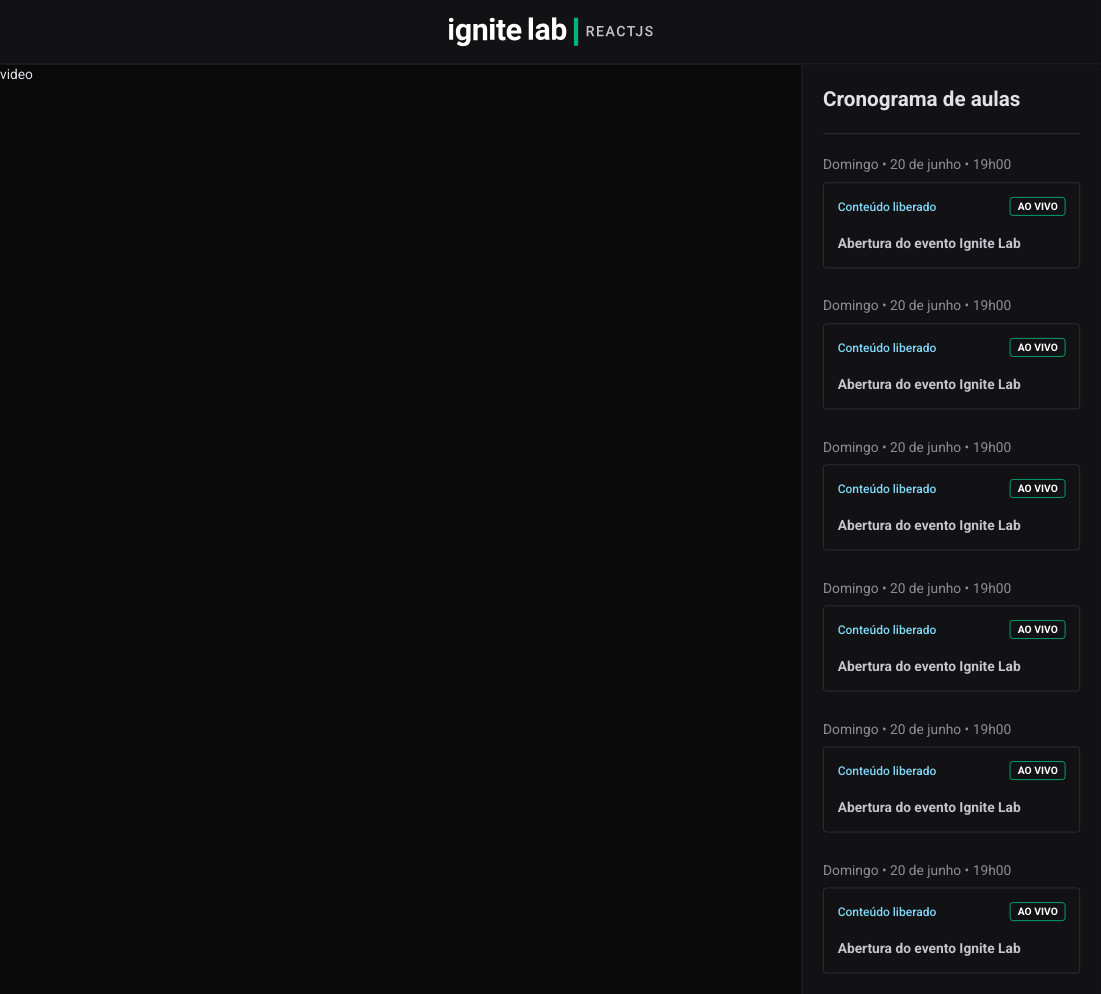
Repository: andynadvorny/event-platform
Page: /
An editor plug-in stored every save of this project. The page is shown before and after the next save, followed by the edit.
The browser window is 1280 px wide. The pictures show the whole page, at 86% of full size.
The project was rebuilt for these pictures with package versions that can differ from the ones it lists, and the page was loaded fresh each time. Also part of the build but not shown: vite.config.ts.

Above is the page before, as saved 2022-06-23 14:39:56.

### src/App.tsx
import { Event } from './pages/Event'

function App() {
  return (
    <Event />
  )
}

export default App

### src/lib/apollo.ts
import { ApolloClient, InMemoryCache } from "@apollo/client";

export const client = new ApolloClient({
  uri: 'https://api-sa-east-1.graphcms.com/v2/cl4q028zp2n6q01xs9d4d26wj/master',
  cache: new InMemoryCache()
});

### src/pages/Event.tsx
import { Header } from '../components/Header'
import { Sidebar } from '../components/Sidebar'
import { Video } from '../components/Video'

export function Event() {
  return (
    <div className="flex flex-col min-h-screen">
      <Header />
      <main className="flex flex-1">
        <Video />
        <Sidebar />
      </main>
    </div>
  )
}

### src/components/Sidebar.tsx
import { Lesson } from "./Lesson";

export function Sidebar() {
  return (
    <aside className="w-[348px] bg-gray-700 p-6 border-l border-gray-600">
      <span className="font-bold text-2xl pb-6 mb-6 border-b border-gray-500 block">
        Cronograma de aulas
      </span>
      <div className="flex flex-col gap-8">
        <Lesson />
        <Lesson />
        <Lesson />
        <Lesson />
        <Lesson />
        <Lesson />
      </div>
    </aside>
  )
}

### src/components/Video.tsx
export function Video() {
  return (
    <div className="flex-1">
      video
    </div>
  )
}

### src/components/Logo.tsx
export function Logo() {
  return (
    <svg
      xmlns="http://www.w3.org/2000/svg"
      width="237"
      height="34"
      fill="none"
      viewBox="0 0 237 34"
    >
      <path
        fill="#fff"
        d="M.002 3.112a2.49 2.49 0 01.165-.987c.12-.314.304-.595.535-.83A2.906 2.906 0 012.615.572c.698 0 1.374.257 1.912.723.23.24.412.524.536.837a2.701 2.701 0 010 1.979 2.568 2.568 0 01-.536.837 2.889 2.889 0 01-1.907.723 2.901 2.901 0 01-1.908-.723 2.458 2.458 0 01-.538-.84 2.645 2.645 0 01-.172-.996zm4.96 23.146H.273V7.862h4.689v18.397zM8.012 16.973c0-2.853.686-5.145 2.055-6.883a6.653 6.653 0 015.528-2.606 5.869 5.869 0 014.802 2.09l.2-1.751h4.538v17.95a7.891 7.891 0 01-1.12 4.246 7.243 7.243 0 01-3.147 2.752 11.155 11.155 0 01-4.742.94c-1.378 0-2.74-.279-4.008-.812a7.08 7.08 0 01-2.946-2.11l2.208-3.02a5.905 5.905 0 004.543 2.08 4.356 4.356 0 003.104-1.059 3.938 3.938 0 001.103-2.993v-.994a5.775 5.775 0 01-4.555 1.935 6.647 6.647 0 01-3.05-.652 6.615 6.615 0 01-2.408-1.967c-1.397-1.752-2.085-4.089-2.085-6.942v-.21h-.025l.005.006zm4.997.355a6.723 6.723 0 001.026 3.956 3.233 3.233 0 002.799 1.443c.651.045 1.3-.088 1.878-.39a3.52 3.52 0 001.396-1.305v-7.825a3.448 3.448 0 00-1.374-1.305 3.504 3.504 0 00-1.86-.39 3.28 3.28 0 00-1.61.365 3.22 3.22 0 00-1.219 1.103c-.688.975-1.036 2.418-1.036 4.348zM33.098 7.833l.158 2.196a6.527 6.527 0 012.371-1.927 6.38 6.38 0 012.971-.62c1.97 0 3.438.597 4.39 1.79.953 1.194 1.456 2.936 1.486 5.293v12.249h-4.962V14.683a3.367 3.367 0 00-.684-2.344 3.086 3.086 0 00-1.069-.598 3.008 3.008 0 00-1.211-.13 3.349 3.349 0 00-1.821.454c-.553.32-1.01.794-1.313 1.367v13.37H28.45V7.845l4.647-.012zM47.512 3.112a2.304 2.304 0 01.185-.988 2.42 2.42 0 01.59-.831A3.439 3.439 0 0150.404.57c.772 0 1.52.256 2.117.723.508.486.792 1.142.792 1.826 0 .683-.284 1.34-.792 1.826a3.417 3.417 0 01-2.11.723c-.77 0-1.517-.257-2.11-.723a2.47 2.47 0 01-.594-.839 2.342 2.342 0 01-.19-.994h-.005zm5.483 23.149h-5.18V7.86h5.18v18.4zM62.454 3.334v4.612h3.107v3.677h-3.107v9.382c-.05.53.091 1.063.395 1.495a1.824 1.824 0 001.473.45c.476.002.95-.035 1.421-.114v3.803a9.672 9.672 0 01-2.939.449c-3.398 0-5.128-1.775-5.19-5.32V11.644h-2.642V7.968h2.643V3.356h4.841v-.025l-.002.003zM76.487 27.08a9.277 9.277 0 01-6.759-2.55c-1.74-1.699-2.605-3.957-2.605-6.797v-.494a11.295 11.295 0 011.098-5.08 8.141 8.141 0 013.111-3.465 8.72 8.72 0 014.59-1.22c2.577 0 4.62.815 6.098 2.449 1.478 1.633 2.226 3.94 2.226 6.929v2.055h-12.01a4.665 4.665 0 001.473 2.971 4.487 4.487 0 003.111 1.111 5.426 5.426 0 004.548-2.115l2.476 2.781a7.506 7.506 0 01-3.07 2.507 9.81 9.81 0 01-4.287.916v.002zm-.594-15.514a3.127 3.127 0 00-2.428 1.012 5.405 5.405 0 00-1.188 2.912h7.006v-.405a3.749 3.749 0 00-.908-2.608 3.252 3.252 0 00-2.45-.908h-.03l-.002-.003zM97.771 26.259h-4.957V0h4.957V26.26zM112.209 26.259c-.227-.444-.392-.997-.496-1.659-1.196 1.333-2.751 2.002-4.666 2.002-1.811 0-3.314-.523-4.504-1.572-1.191-1.049-1.786-2.372-1.786-3.966 0-1.96.725-3.464 2.179-4.513 1.453-1.049 3.553-1.58 6.3-1.59h2.273v-1.06c0-.854-.22-1.54-.659-2.051-.44-.513-1.131-.77-2.078-.77-.832 0-1.486.2-1.957.6-.474.4-.708.945-.708 1.64h-4.941c0-1.07.331-2.062.992-2.973.662-.91 1.597-1.626 2.804-2.144 1.206-.518 2.564-.778 4.069-.778 2.28 0 4.089.573 5.429 1.718 1.34 1.145 2.009 2.756 2.009 4.83v8.017c.012 1.754.256 3.082.735 3.983v.29h-4.992l-.003-.004zm-4.086-3.435c.728 0 1.402-.163 2.016-.486.614-.326 1.071-.76 1.367-1.308v-3.181h-1.846c-2.472 0-3.79.854-3.948 2.564l-.017.291c0 .614.217 1.123.649 1.523.434.4 1.026.6 1.779.6v-.003zM136.58 17.183c0 2.963-.632 5.273-1.898 6.931-1.265 1.659-3.032 2.488-5.3 2.488-2.006 0-3.608-.77-4.805-2.308l-.222 1.967h-4.444V.001h4.94v9.418c1.14-1.332 2.638-2 4.496-2 2.256 0 4.025.828 5.308 2.487 1.283 1.658 1.923 3.992 1.923 7v.274l.002.003zm-4.94-.358c0-1.868-.296-3.233-.889-4.094-.592-.861-1.475-1.29-2.65-1.29-1.572 0-2.655.643-3.247 1.932v7.299c.604 1.298 1.697 1.95 3.282 1.95 1.584 0 2.643-.788 3.146-2.36.239-.752.358-1.897.358-3.437z"
      ></path>
      <path
        fill="#C4C4CC"
        d="M164.51 17.501h-2.283v4.53h-2.048v-11.78h4.143c1.36 0 2.408.306 3.149.915.74.61 1.108 1.493 1.108 2.648 0 .787-.19 1.449-.57 1.98-.38.532-.911.94-1.59 1.226l2.646 4.906v.106h-2.194l-2.364-4.531h.003zm-2.283-1.65h2.105c.691 0 1.229-.176 1.619-.524.39-.348.582-.824.582-1.429 0-.604-.18-1.12-.538-1.466-.358-.345-.893-.523-1.606-.533h-2.162V15.85zM179.066 16.773h-4.839v3.625h5.656v1.634h-7.704V10.25h7.648v1.65h-5.6v3.253h4.839v1.62zM189.803 19.29h-4.565l-.955 2.744h-2.127l4.452-11.783h1.836l4.459 11.783h-2.137l-.963-2.744zm-3.99-1.65h3.415l-1.707-4.89-1.708 4.89zM204.716 18.197c-.119 1.256-.583 2.238-1.392 2.941-.81.703-1.885 1.056-3.228 1.056-.938 0-1.764-.222-2.48-.668-.715-.445-1.266-1.079-1.656-1.898-.387-.82-.589-1.772-.607-2.858v-1.1c0-1.11.198-2.09.59-2.937.392-.846.96-1.5 1.695-1.96.736-.458 1.587-.688 2.554-.688 1.301 0 2.347.353 3.139 1.057.792.703 1.254 1.7 1.385 2.99h-2.039c-.096-.846-.343-1.458-.74-1.833-.397-.375-.977-.563-1.745-.563-.89 0-1.574.326-2.05.977-.479.652-.721 1.605-.733 2.863v1.044c0 1.273.227 2.245.683 2.917.457.668 1.123 1.004 2.004 1.004.805 0 1.409-.18 1.814-.543.405-.363.661-.962.77-1.804h2.038l-.002.003zM216.481 11.902h-3.674v10.132h-2.031V11.902h-3.642V10.25h9.347v1.65zM222.759 10.251h2.039v8.262c0 1.127-.353 2.023-1.057 2.687-.703.664-1.633.995-2.788.995-1.229 0-2.179-.311-2.848-.93-.669-.62-1.004-1.484-1.004-2.59h2.038c0 .627.156 1.096.467 1.412.31.316.76.474 1.347.474.55 0 .989-.183 1.315-.545.326-.366.489-.867.489-1.51V10.25h.002zM234.952 18.999c0-.518-.183-.918-.545-1.197-.363-.279-1.022-.563-1.972-.849-.95-.286-1.705-.604-2.265-.955-1.074-.674-1.612-1.555-1.612-2.638 0-.95.388-1.732 1.163-2.347.774-.614 1.779-.922 3.015-.922.819 0 1.55.15 2.194.454a3.597 3.597 0 011.513 1.29c.367.558.55 1.177.55 1.858h-2.038c0-.614-.193-1.095-.578-1.443-.385-.348-.938-.524-1.656-.524-.668 0-1.189.144-1.557.43-.37.286-.555.686-.555 1.197 0 .432.2.792.6 1.08.399.29 1.056.57 1.974.842.918.271 1.653.582 2.208.93.556.348.963.748 1.222 1.197.259.452.387.977.387 1.582 0 .982-.375 1.762-1.127 2.342-.753.58-1.775.87-3.063.87a5.755 5.755 0 01-2.352-.473c-.715-.316-1.27-.75-1.668-1.308-.397-.555-.594-1.204-.594-1.942h2.048c0 .669.222 1.187.664 1.555.441.367 1.075.55 1.902.55.713 0 1.246-.143 1.607-.432.357-.288.538-.671.538-1.145l-.003-.002z"
      ></path>
      <path fill="#00B37E" d="M150.271 33.146h-4.958V.57h4.958v32.576z"></path>
    </svg>
  );
}

### src/components/Lesson.tsx
export function Lesson() {
  return (
    <a href="#">
      <span className="text-gray-300">
        Domingo • 20 de junho • 19h00
      </span>

      <div className="rounded border border-gray-500 p-4 mt-2">
        <header className="flex items-center justify-between">
          <span className="text-sm text-blue-500 font-medium">
            Conteúdo liberado
          </span>
          <span className="text-xs rounded py-[2px] px-2 border border-green-300 text-white font-bold">
            AO VIVO
          </span>
        </header>
        <strong className="text-gray-200 mt-5 block">
          Abertura do evento Ignite Lab
        </strong>
      </div>
    </a>
  )
}

### tailwind.config.js
/** @type {import('tailwindcss').Config} */
module.exports = {
  content: [
    './src/**/*.tsx'
  ],
  theme: {
    extend: {
      fontFamily: {
        sans: 'Roboto, sans-serif'
      },
      colors: {
        green: {
          300: '#00B37E',
          500: '#00875F',
          700: '#015F43',
        },
        blue: {
          500: '#81D8F7',
        },
        orange: {
          500: '#FBA94C',
        },
        red: {
          500: '#F75A68',
        },
        gray: {
          100: '#E1E1E6',
          200: '#C4C4CC',
          300: '#8D8D99',
          500: '#323238',
          600: '#29292E',
          700: '#121214',
          900: '#09090A'
        }
      }
    },
  },
  plugins: [],
}

Loaded but not shown: index.html (common file); src/main.tsx (common file); src/styles/global.css (common file); src/components/Header.tsx (common file)

After the next save:
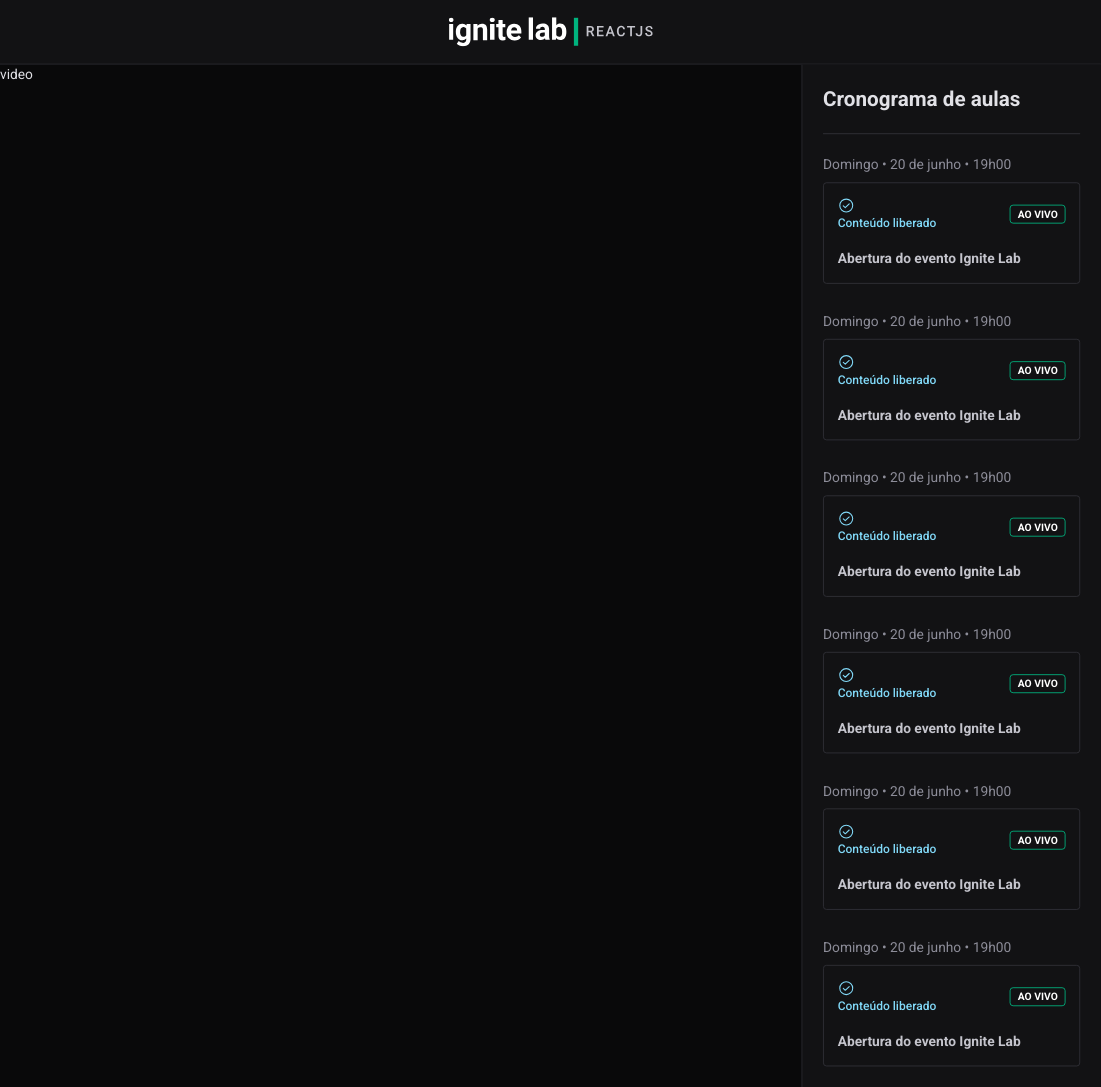
Saved 2 min 58 s later.
--- a/src/components/Lesson.tsx
+++ b/src/components/Lesson.tsx
@@ -1,3 +1,5 @@
+import { CheckCircle } from 'phosphor-react'
+
 export function Lesson() {
   return (
     <a href="#">
@@ -8,6 +10,7 @@
       <div className="rounded border border-gray-500 p-4 mt-2">
         <header className="flex items-center justify-between">
           <span className="text-sm text-blue-500 font-medium">
+            <CheckCircle size={20} />
             Conteúdo liberado
           </span>
           <span className="text-xs rounded py-[2px] px-2 border border-green-300 text-white font-bold">
